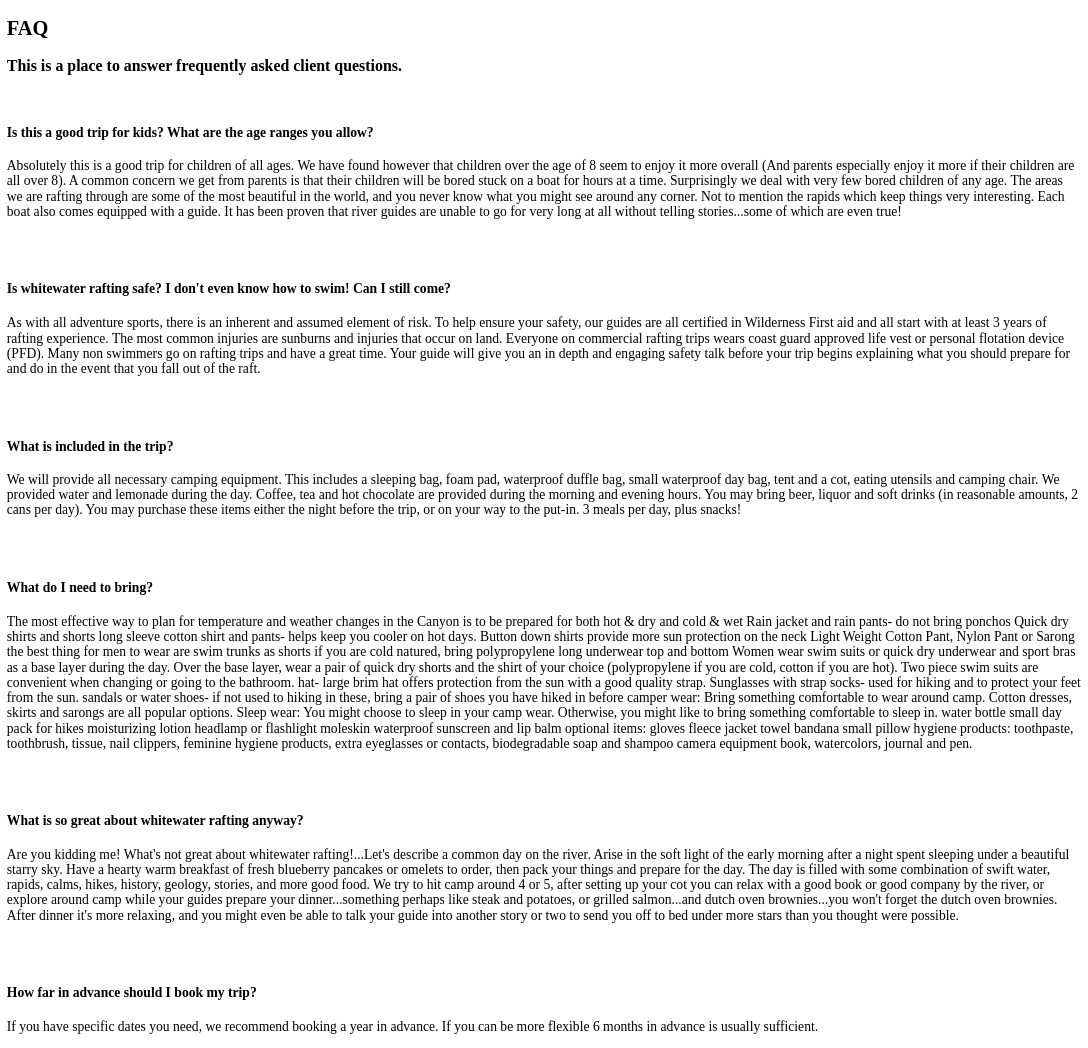
Repository: nak97/WDD-130
Page: wrr/faq.html
The author's editor kept a copy of each file at every save. The page is drawn from the files as they stood at one save, then again after the next save.
The browser window is 1280 px wide. The pictures show the whole page, at 85% of full size.

Above is the page before, as saved 2023-03-08 10:03:26.

After the next save:
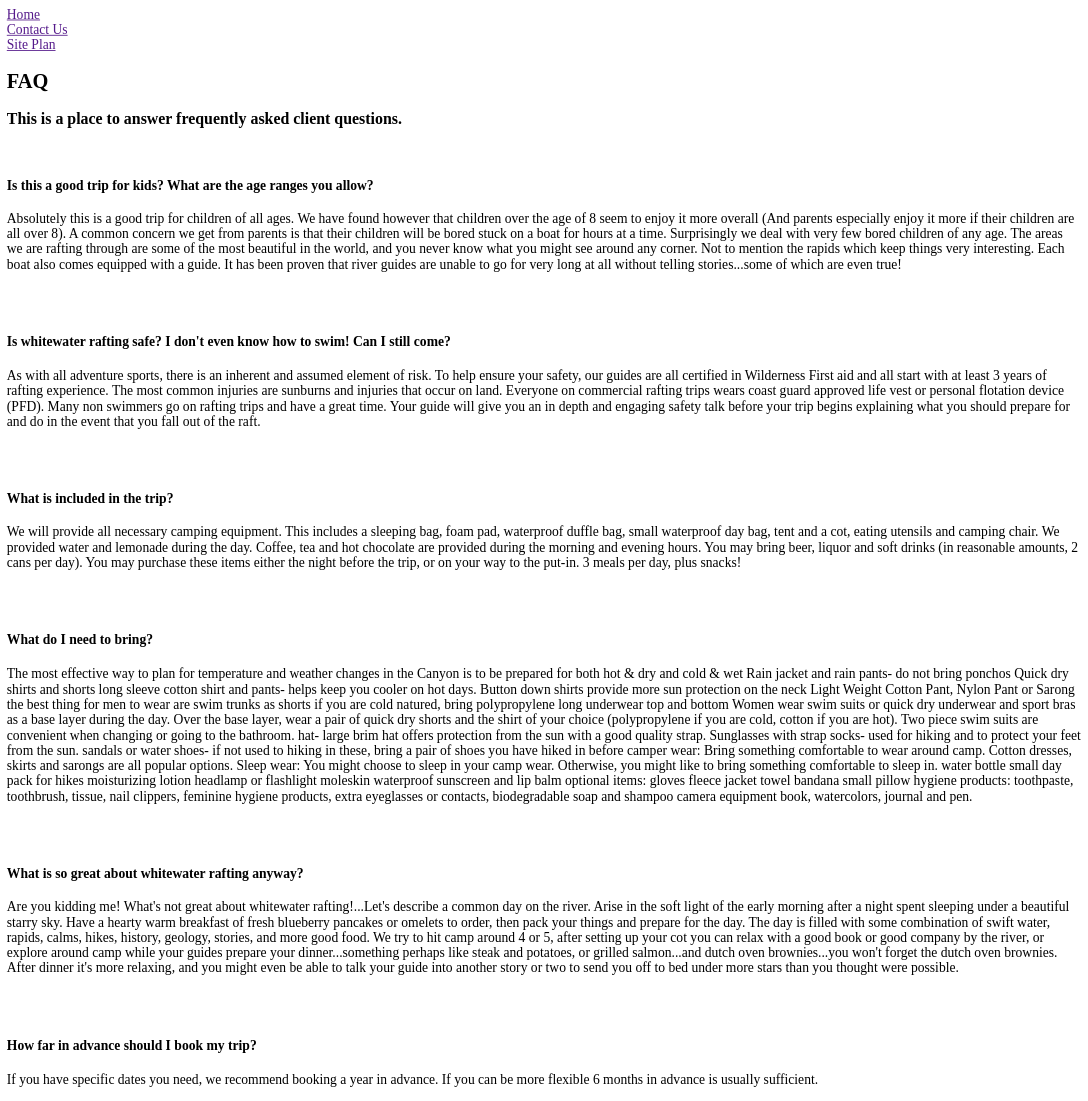
Saved 53 s later.
--- a/wrr/faq.html
+++ b/wrr/faq.html
@@ -9,6 +9,9 @@
     <meta name="viewport" content="width=device-width, initial-scale=1">
     <link rel="stylesheet" href="./styles/faq.css">
   </head>
+  <nav><a href="">Home</a></nav>
+  <nav><a href="">Contact Us</a></nav>
+  <nav><a href="">Site Plan</a></nav>
   <body>
 <h2>
   FAQ
